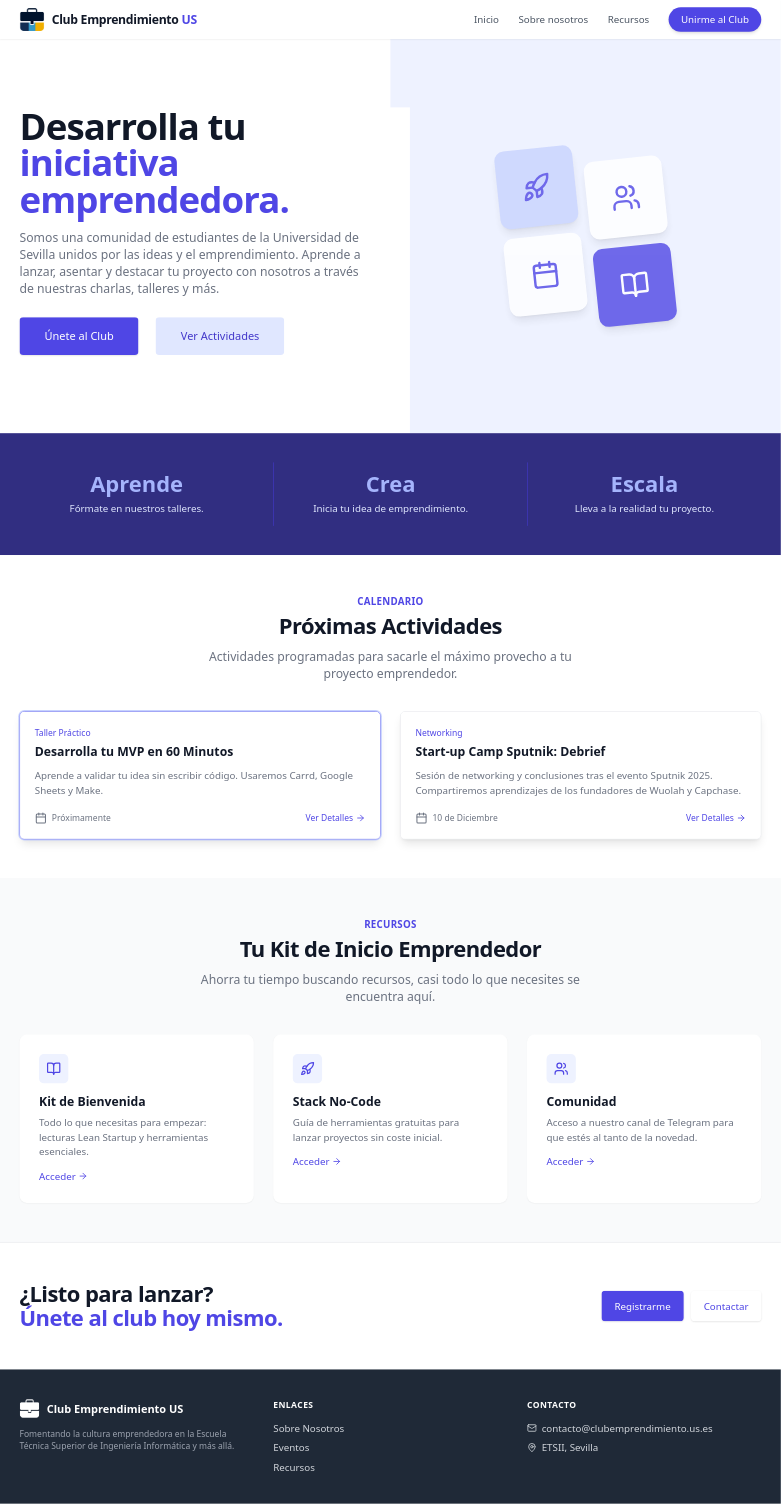
Repository: enerombar/club-emprendimiento-web
Page: /
These files come from the project's save history. The page is drawn as it stood at one moment and after the next save; the edit follows.
The browser window is 1280 px wide. The pictures show the whole page, at 61% of full size.
The project was rebuilt for these pictures with package versions that can differ from the ones it lists, and the page was loaded fresh each time. Also part of the build but not shown: vite.config.js.

Above is the page before, as saved 2025-12-08 00:30:31.

After the next save:
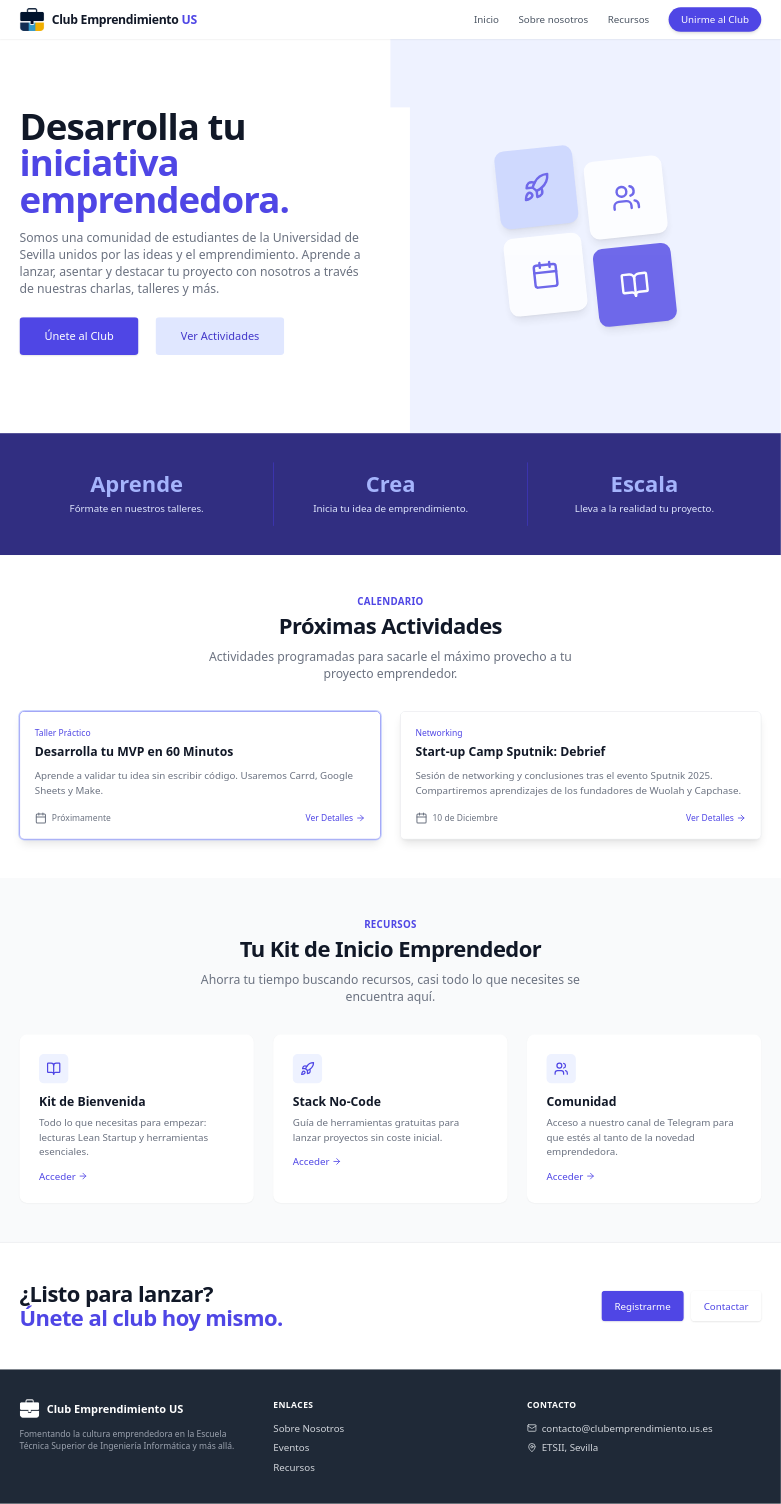
Saved 4 s later.
--- a/src/App.jsx
+++ b/src/App.jsx
@@ -59,7 +59,7 @@
     },
     {
       title: "Comunidad",
-      desc: "Acceso a nuestro canal de Telegram para que estés al tanto de la novedad.",
+      desc: "Acceso a nuestro canal de Telegram para que estés al tanto de la novedad emprendedora.",
       icon: <Users className="w-6 h-6 text-indigo-600" />
     }
   ];
